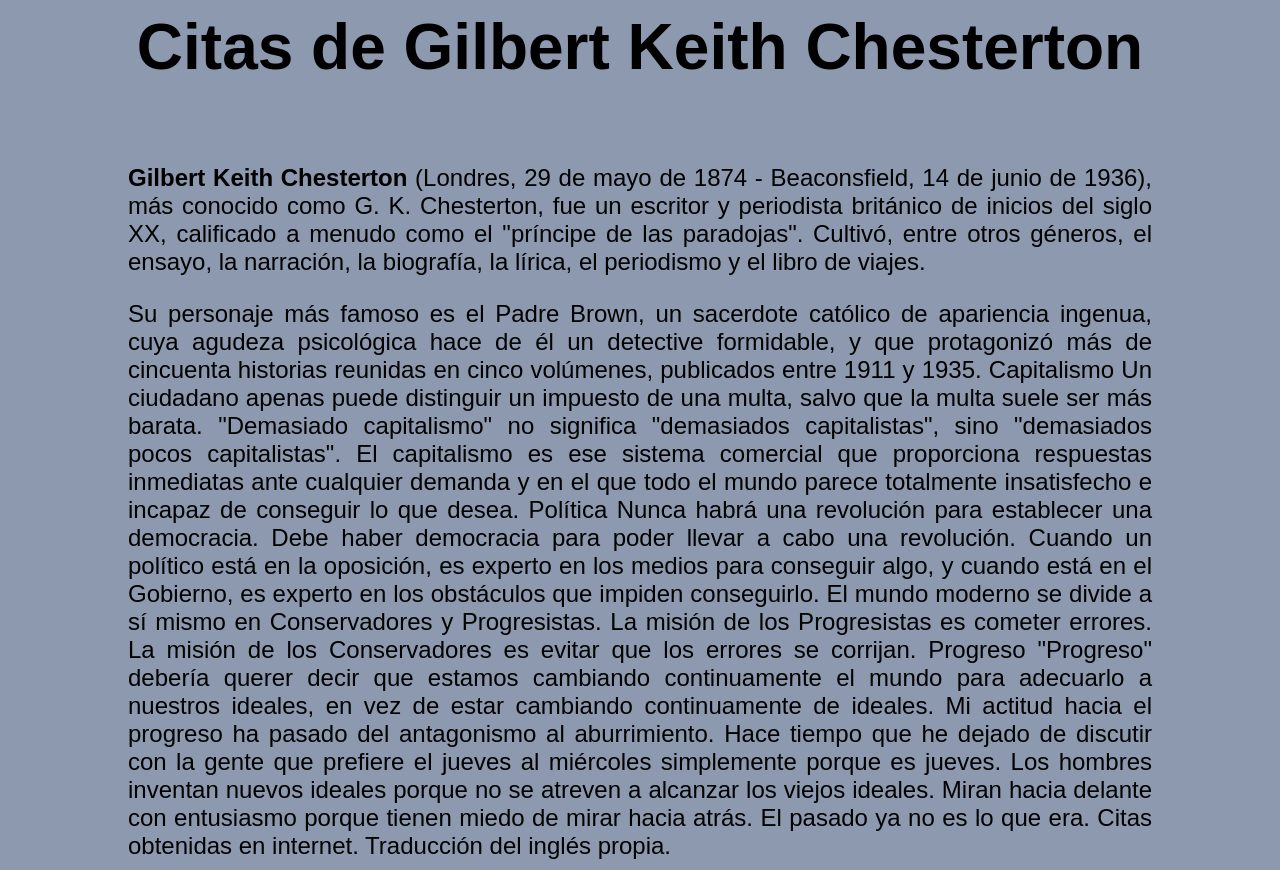
Repository: EmilyMachuca-Developer/Advanced-Programming-Projects
Page: index.html
These files come from the project's save history. The page is drawn as it stood at one moment and after a run of saves; the edit follows.
The browser window is 1280 px wide. The pictures show the whole page.

Above is the page before, as saved 2024-02-26 20:21:30.

After the next 2 saves:
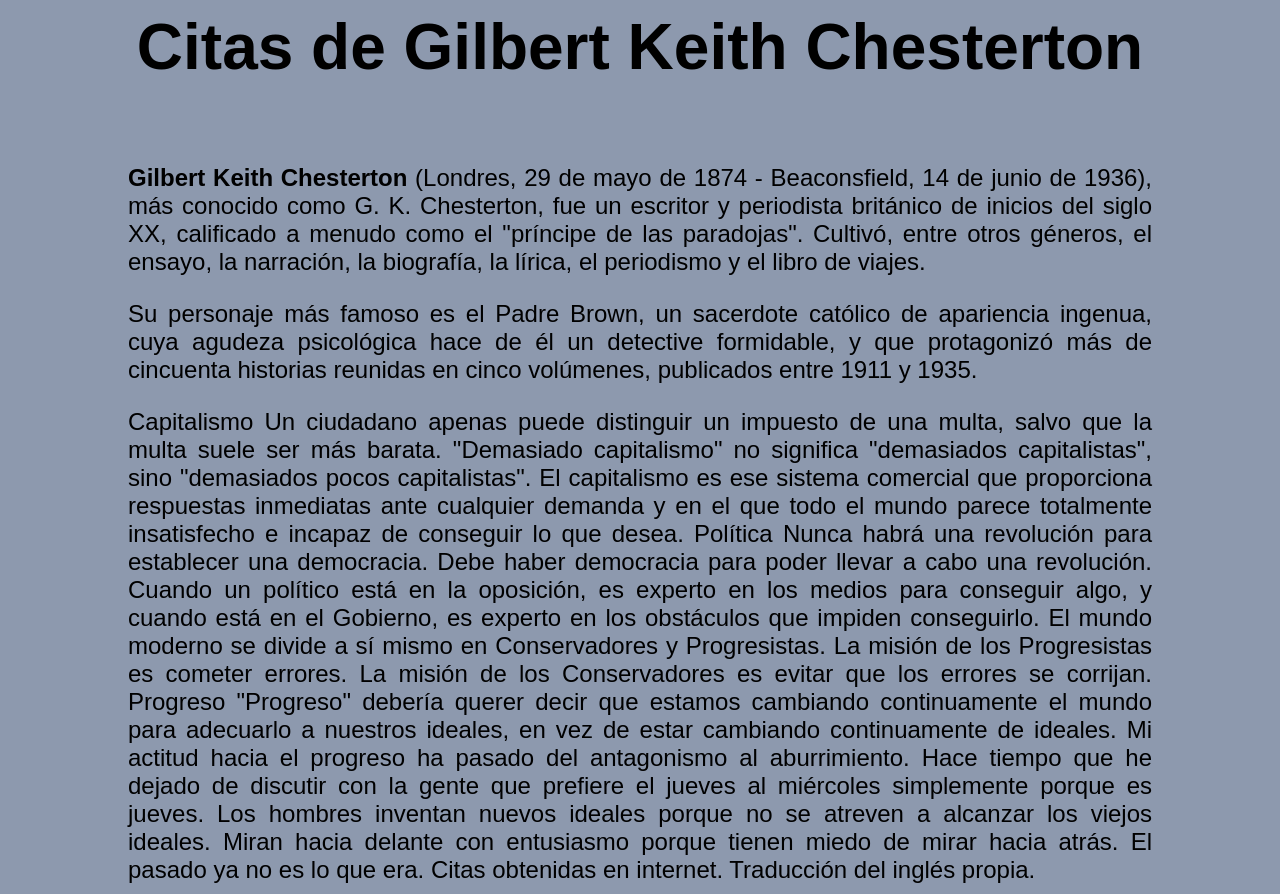
The 2 saves are shown as one change because they came seconds apart.
The last was saved 25 s later.
--- a/index.html
+++ b/index.html
@@ -10,7 +10,7 @@
 
 <p><strong>Gilbert Keith Chesterton</strong> (Londres, 29 de mayo de 1874 - Beaconsfield, 14 de junio de 1936), más conocido como G. K. Chesterton, fue un escritor y periodista británico de inicios del siglo XX, calificado a menudo como el "príncipe de las paradojas". Cultivó, entre otros géneros, el ensayo, la narración, la biografía, la lírica, el periodismo y el libro de viajes.</p>
 
-Su personaje más famoso es el Padre Brown, un sacerdote católico de apariencia ingenua, cuya agudeza psicológica hace de él un detective formidable, y que protagonizó más de cincuenta historias reunidas en cinco volúmenes, publicados entre 1911 y 1935.
+<p>Su personaje más famoso es el Padre Brown, un sacerdote católico de apariencia ingenua, cuya agudeza psicológica hace de él un detective formidable, y que protagonizó más de cincuenta historias reunidas en cinco volúmenes, publicados entre 1911 y 1935.</p>
 
 Capitalismo
 
